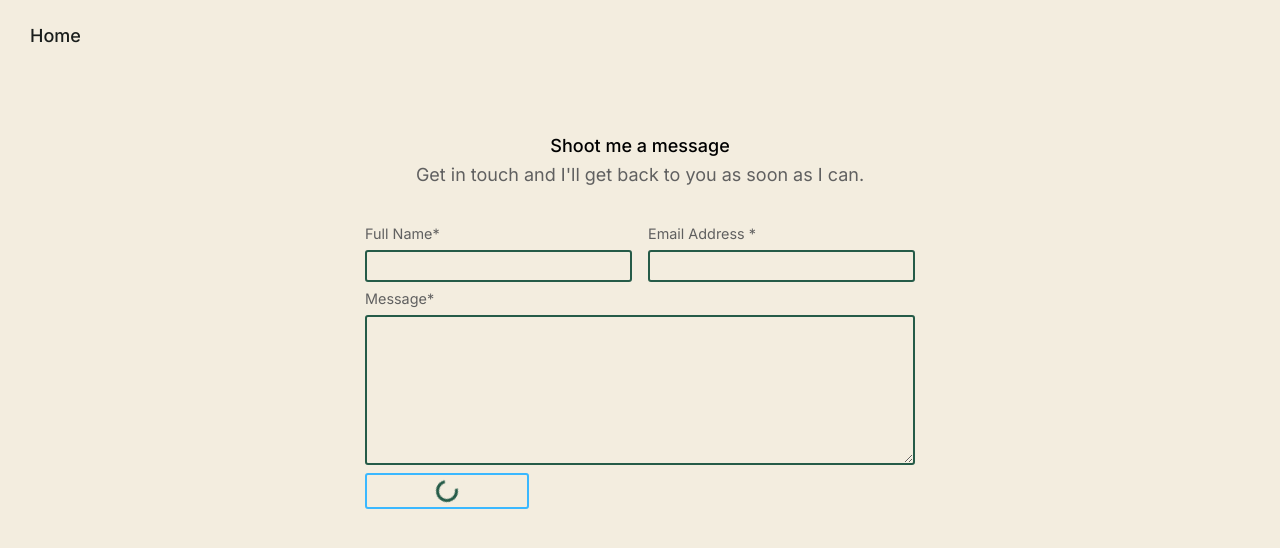
Repository: David-Waite/David-Waite-Portfolio
Page: /contact
An editor plug-in stored every save of this project. The page is shown before and after the next save, followed by the edit.
The browser window is 1280 px wide. The pictures show the whole page.
The project was rebuilt for these pictures with package versions that can differ from the ones it lists, and the page was loaded fresh each time. The framework's server and built-in components were replaced by stand-ins that run in the browser. Also part of the build but not shown: next.config.js, app/components/Nav/NavButton/navButton.module.css, app/components/Nav/NavButton/NavButton.tsx.

Above is the page before, as saved 2023-07-26 20:13:32.

### app/layout.tsx
import "./globals.css";
import type { Metadata } from "next";
import { Inter } from "next/font/google";
import Link from "next/link";
import NavBar from "./components/Nav/NavBar/NavBar";

const inter = Inter({ subsets: ["latin"] });

export const metadata: Metadata = {
  title: "Create Next App",
  description: "Generated by create next app",
};

export default function RootLayout({
  children,
}: {
  children: React.ReactNode;
}) {
  return (
    <html lang="en">
      <body className={inter.className}>
        <NavBar />
        {children}
      </body>
    </html>
  );
}

### app/contact/page.tsx
import { Metadata, NextPage } from "next/types";
import { Contact } from "../components/Contact/contact";

export const metadata: Metadata = {
  title: "David Waite | Contact ",
};

const ContactPage: NextPage = () => {
  return <Contact />;
};

export default ContactPage;

### app/globals.css
:root {
  --primary: #255b48;
  --black: #191d1b;
  --background: #f3eddf;
  --white: #ffffff;
  --grey: #606060;
}

.paragraph {
  font-size: 18px;
  font-style: normal;
  font-weight: 400;
  line-height: 25.2px;
  color: var(--black);
}

body {
  background-color: var(--background);
}

* {
  padding: 0;
  margin: 0;
  box-sizing: border-box;
}

### app/components/Nav/NavBar/NavBar.tsx
"use client";
import NavButton from "../NavButton/NavButton";
import styles from "./navBar.module.css";
import { usePathname } from "next/navigation";

import Link from "next/link";

export default function NavBar() {
  const currentRoute = usePathname();

  return (
    <nav className={styles.container}>
      <Link href={`./${currentRoute === "/" ? "about" : "/"}`}>
        {currentRoute === "/" ? "About" : "Home"}
      </Link>

      {currentRoute !== "/contact" && <NavButton />}
    </nav>
  );
}

### app/components/Contact/contact.tsx
"use client";

import { FormEvent, useState } from "react";
import styles from "./contact.module.css";
import { useSearchParams } from "next/navigation";
export const Contact = () => {
  const [message, setMessage] = useState<string>("");
  const [status, setStatus] = useState<string>("");
  const [disabled, setDisabled] = useState<boolean>(false);
  const searchParams = useSearchParams();

  const onContactFormSubmit = async (e: FormEvent<HTMLFormElement>) => {
    e.preventDefault();
    const formData: { [key: string]: string } = {};
    const elements = e.currentTarget.elements as unknown as Array<
      HTMLInputElement | HTMLTextAreaElement | HTMLButtonElement
    >;

    Array.from(elements).forEach((field) => {
      if (!field.name) return;
      formData[field.name] = field.value;
    });

    await fetch("/contact/send", {
      method: "POST",
      body: JSON.stringify(formData),
    })
      .then((res) => res.json())
      .then((res) => {
        setMessage(res.message);
        setStatus(res.status);
        setDisabled(res.message.length > 0);
      });
  };

  return (
    <div className={styles.container}>
      <h1 className={styles.heading}>Shoot me a message</h1>
      <p className={styles.tagline}>
        Get in touch and I&apos;ll get back to you as soon as I can.
      </p>

      <form onSubmit={onContactFormSubmit}>
        {message.length > 0 ? (
          <div
            className={`paragraph ${styles.alert} ${
              status ? styles.alertSuccess : styles.alertError
            }`}
          >
            <span>{message}</span>
          </div>
        ) : null}
        <div className={styles.topForm}>
          <div className={styles.inputCon}>
            <label htmlFor="name">
              <span>Full Name*</span>
            </label>
            <input
              type="text"
              name="name"
              id="name"
              required
              disabled={disabled}
            />
          </div>
          <div className={styles.inputCon}>
            <label htmlFor="email">
              <span>Email Address *</span>
            </label>
            <input
              type="email"
              name="email"
              id="email"
              required
              disabled={disabled}
            />
          </div>
        </div>

        <div className={`${styles.message} ${styles.inputCon}`}>
          <label htmlFor="message">
            <span>Message*</span>
          </label>
          <textarea
            rows={3}
            name="message"
            id="message"
            required
            disabled={disabled}
          ></textarea>
        </div>

        <button
          type="submit"
          className={`${styles.button} ${styles.btnLoading}`}
          disabled={disabled}
        >
          Send Message
        </button>
      </form>
    </div>
  );
};

### app/components/Nav/NavBar/navBar.module.css
.container {
  display: flex;
  align-items: center;
  justify-content: space-between;
  height: 70px;
  padding: 0 30px;
}

.container a {
  color: var(--black);
  cursor: pointer;
  text-decoration: none;
  font-size: 18px;
  font-weight: 500;
}

### app/components/Contact/contact.module.css
.container {
  min-height: calc(100vh - 216px);
  display: flex;
  flex-direction: column;
  align-items: center;
  justify-content: center;
}

.container h1 {
  color: var(--back);
  font-weight: 500;
  font-size: 18px;
  margin-bottom: 8px;
}

.container p {
  text-align: center;
  margin-bottom: 40px;
  font-weight: 400;
  color: var(--grey);
  font-size: 18px;
}

.container form {
  display: flex;
  flex-direction: column;
  gap: 8px;
  position: relative;
}

.topForm {
  display: grid;
  grid-template-columns: 1fr 1fr;
  gap: 16px;
}

.inputCon {
  display: flex;
  flex-direction: column;
  gap: 8px;
}

.message textarea {
  background-color: var(--background);
  border: 2px solid var(--primary);
  border-radius: 3px;
  height: 150px;
  width: 550px;
  font-size: 16px;
  padding: 8px;
}
.inputCon label {
  color: var(--grey);
  font-size: 14.4px;
}

.inputCon input {
  background-color: var(--background);
  border: 2px solid var(--primary);
  border-radius: 3px;
  font-size: 16px;
  padding-left: 8px;
  height: 32px;
}

.inputCon select {
  height: 36px;
  font-size: 16px;
}

.container form button {
  border-radius: 3px;
  background: var(--background);
  border: 2px solid var(--primary);
  padding: 8px 32px;
  font-size: 14.4px;
  margin-right: auto;
  text-align: center;

  color: var(--primary);
  cursor: pointer;
}

.container form button:hover {
  background: var(--primary);
  color: var(--white);
}

.alert {
  position: absolute;
  top: -33px;
  left: 0px;
  color: var(--white);
  font-size: 16px;
  text-align: center;
  width: 100%;
  border-radius: 3px;
}

.alertSuccess {
  background-color: green;
}

.alertError {
  background-color: red;
}

.container form .btnLoading:hover {
  background: transparent;
  border-color: var(--primary);
  font-weight: 400;
  cursor: auto;
}

.container form .btnLoading {
  position: relative;

  background: transparent;
  border-color: #3ab8ff;

  cursor: pointer;
  color: transparent;
}

.container form .btnLoading::after {
  content: "";
  position: absolute;
  width: 16px;
  height: 16px;
  top: 0;
  left: 0;
  right: 0;
  bottom: 0;
  margin: auto;
  border: 3px solid var(--primary);
  border-top-color: transparent;
  border-radius: 50%;
  animation: button-loading-spinner 0.9s linear infinite;
}

@keyframes button-loading-spinner {
  from {
    transform: rotate(0deg);
  }
  to {
    transform: rotate(359deg);
  }
}

@media (max-width: 600px) {
  .container {
    padding: 10px;
  }
  .topForm {
    grid-template-columns: 1fr;
    gap: 8px;
  }
  .message textarea {
    width: calc(100vw - 38px);
  }
  .container form {
    width: 100%;
  }
}

After the next save:
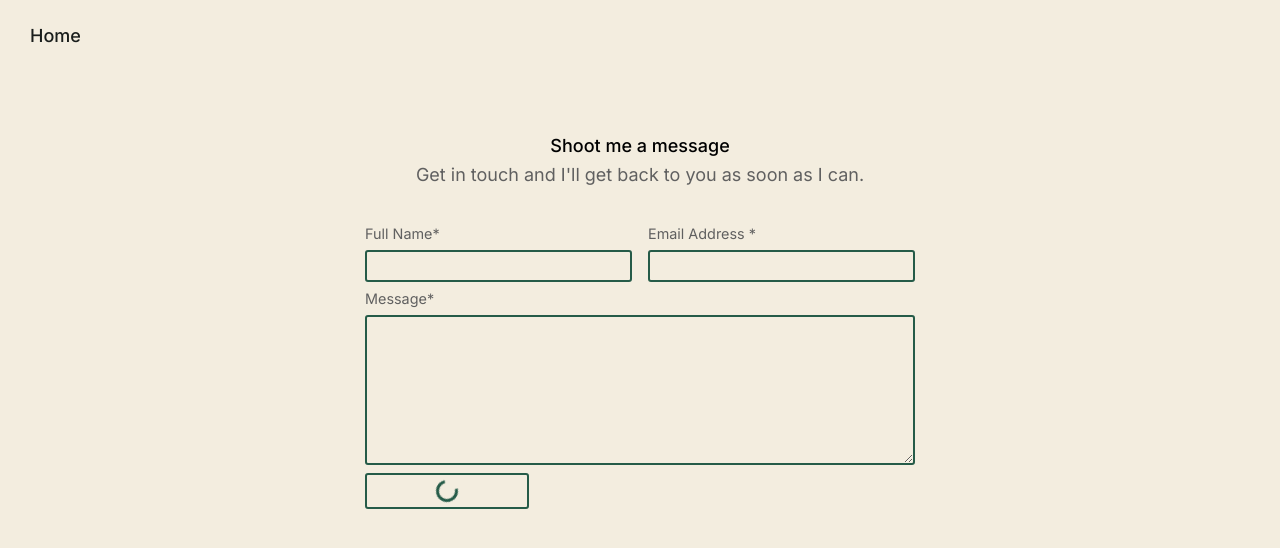
Saved 10 s later.
--- a/app/components/Contact/contact.module.css
+++ b/app/components/Contact/contact.module.css
@@ -116,7 +116,7 @@
   position: relative;
 
   background: transparent;
-  border-color: #3ab8ff;
+  border-color: var(--primary);
 
   cursor: pointer;
   color: transparent;
